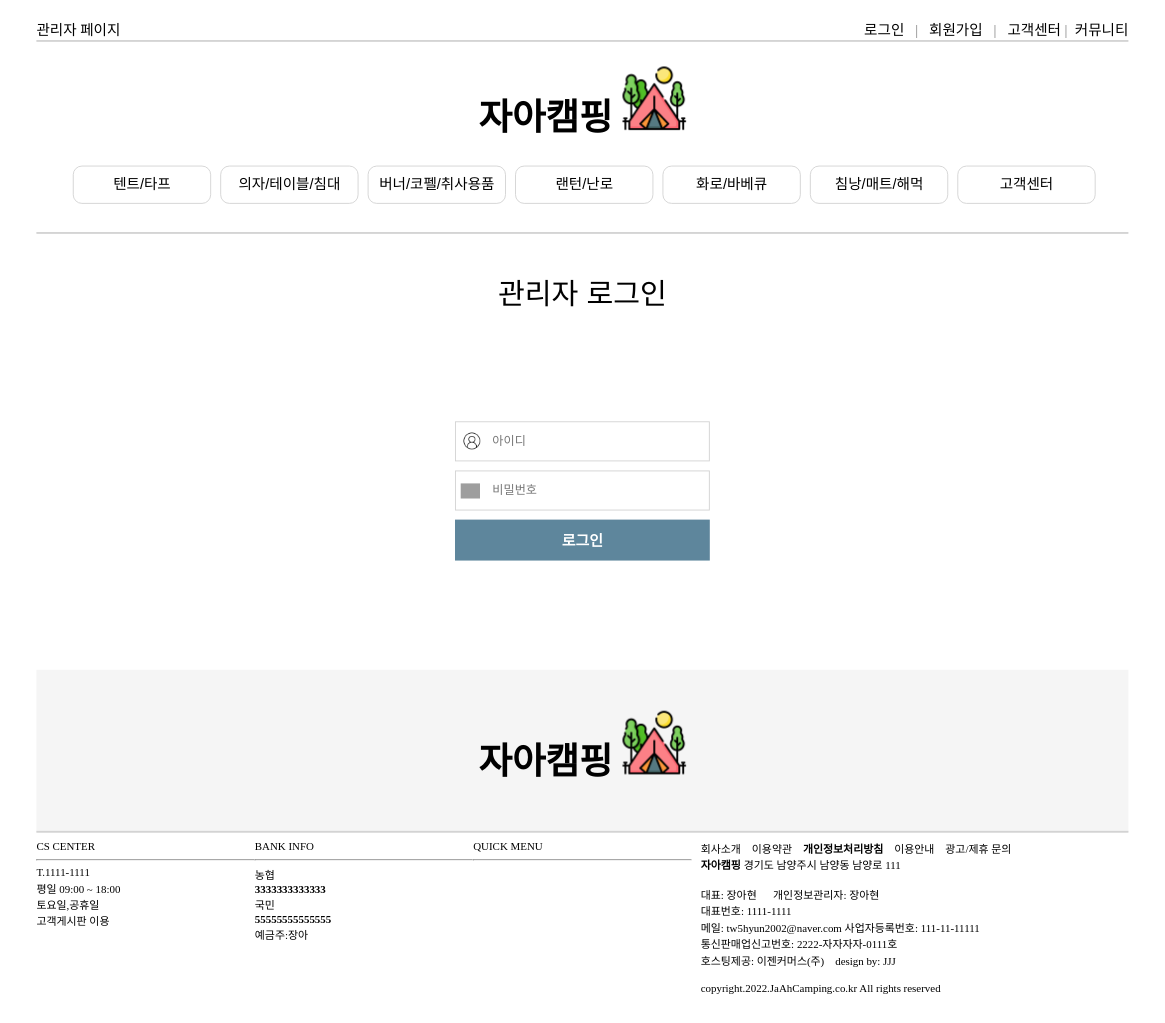
Repository: JJang-Ah/JSP-shoping-mall-project
Page: http://localhost/JaAhCamping/manager/logon/managerLoginForm.jsp
These files come from the project's save history. The page is drawn as it stood at one moment and after the next save; the edit follows.
The browser window is 1280 px wide. The pictures show the whole page, at 91% of full size.
Pictures or frames that could not be fetched are drawn as grey boxes. Some web fonts or font styles are not loaded; a fallback is used. The page is served by Tomcat 9.

Above is the page before, as saved 2022-06-14 05:55:12.

After the next save:
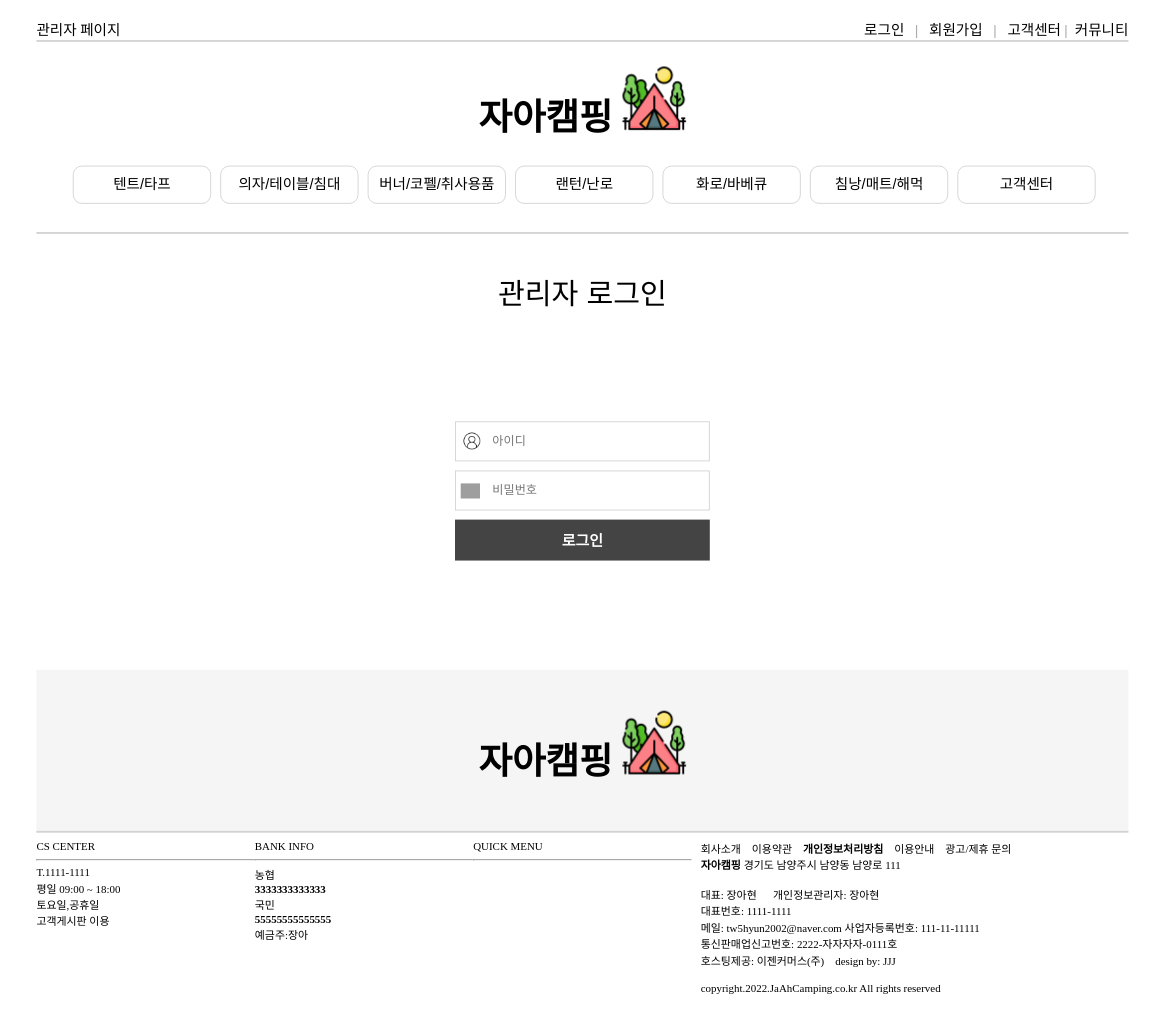
Saved 24 s later.
--- a/JaAhCamping/WebContent/manager/logon/managerLoginForm.jsp
+++ b/JaAhCamping/WebContent/manager/logon/managerLoginForm.jsp
@@ -21,7 +21,7 @@ a { text-decoration: none; color: black;}
 .b_box input[type='text'] { background: url('../../icons/login_id.png') no-repeat; background-size: 25px; background-position: left center;}
 .b_box input[type='password'] { background: url('../../icons/login_pwd.png') no-repeat; background-size: 22px; background-position: left center;}
 .c_box { padding: 0; margin: 10px;}
-.c_box input[type='button'] { width: 280px; height: 45px; border: none; background: #5e869c; color: #fff; font-weight: bold; font-size: 1.03em;}
+.c_box input[type='button'] { width: 280px; height: 45px; border: none; background: #444444; color: #fff; font-weight: bold; font-size: 1.03em;}
 </style>
 
 <script>
